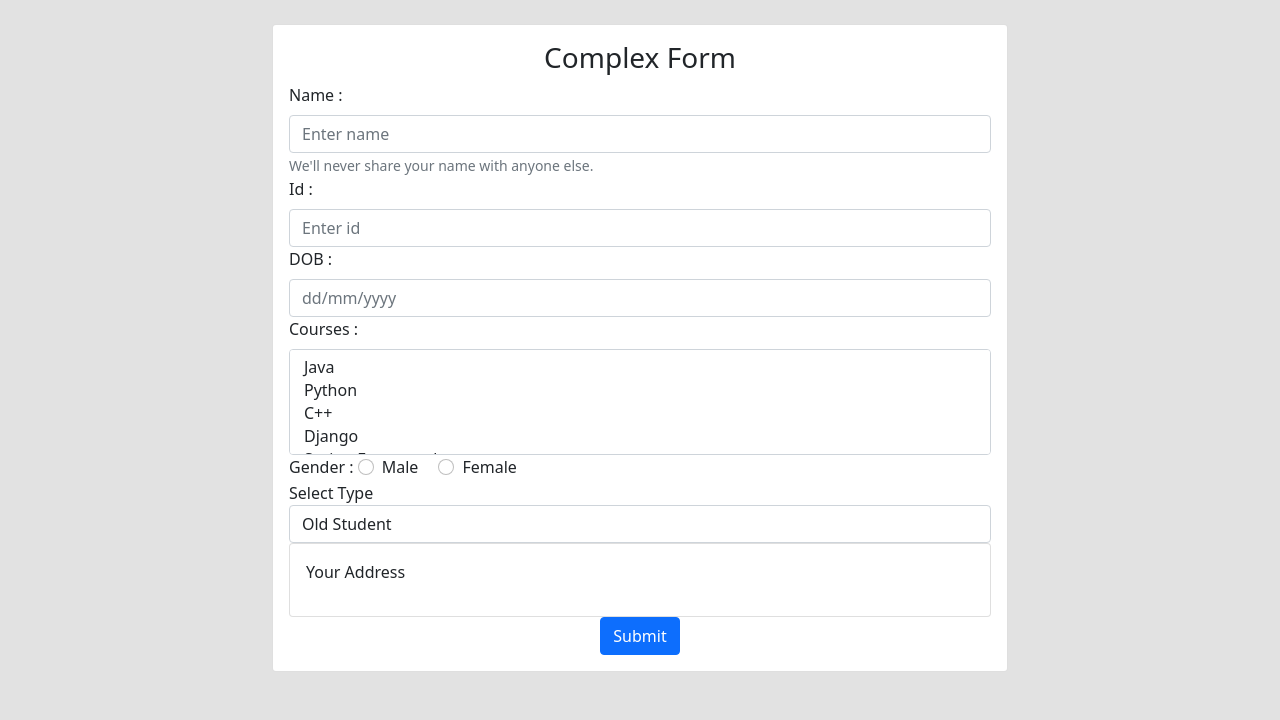
Repository: urvashimalviya/crudDemo
Page: http://localhost/SearchProject/WEB-INF/views/complex_form.jsp
The author's editor kept a copy of each file at every save. The page is drawn from the files as they stood at one save, then again after the next save.
The browser window is 1280 px wide. The pictures show the whole page.
The page is served by Tomcat 9. Nobody is signed in. The template is opened directly, without the code that normally fills it, so the values that code supplies are empty.

Above is the page before, as saved 2021-08-18 09:55:25.

After the next save:
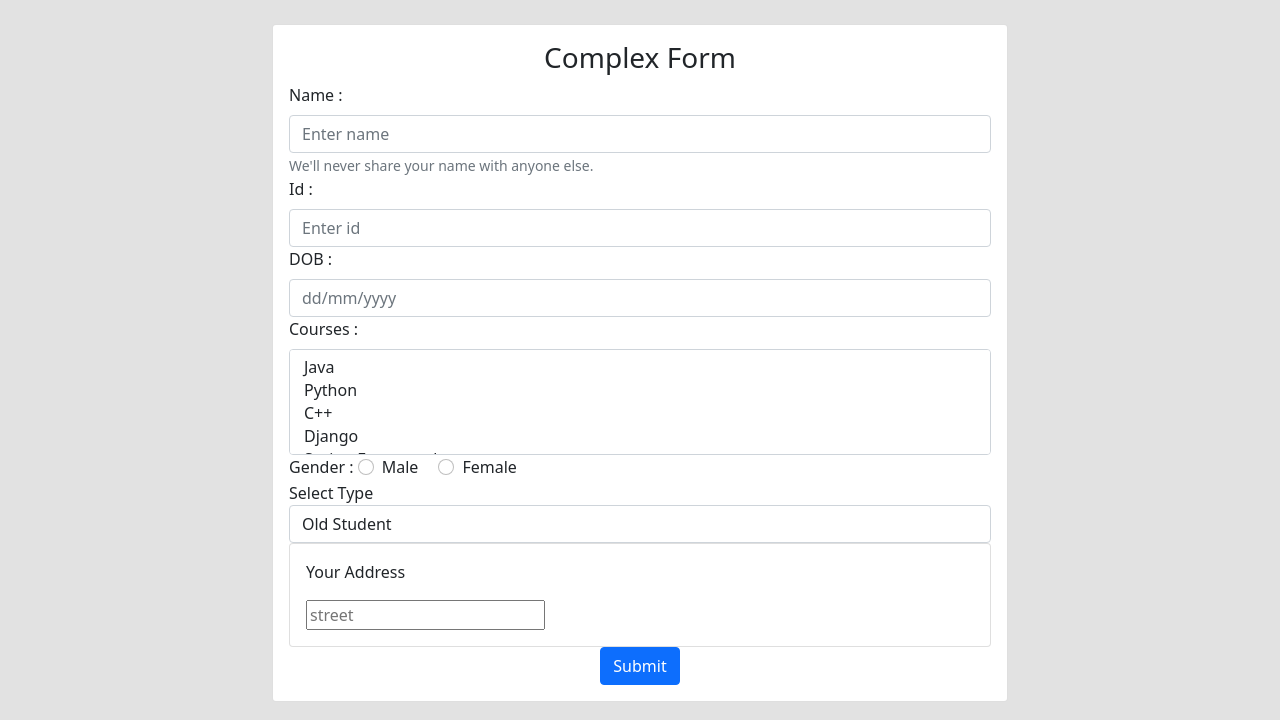
Saved 3 min 31 s later.
--- a/SearchProject/src/main/webapp/WEB-INF/views/complex_form.jsp
+++ b/SearchProject/src/main/webapp/WEB-INF/views/complex_form.jsp
@@ -90,7 +90,9 @@
 							<div class="card">
 								<div class="card-body">
 								<p>Your Address</p>
-
+								<div class="form-group">
+								<input type="text" name="address.street" placeholder="street" />
+								</div>
 								</div>
 
 							</div>
